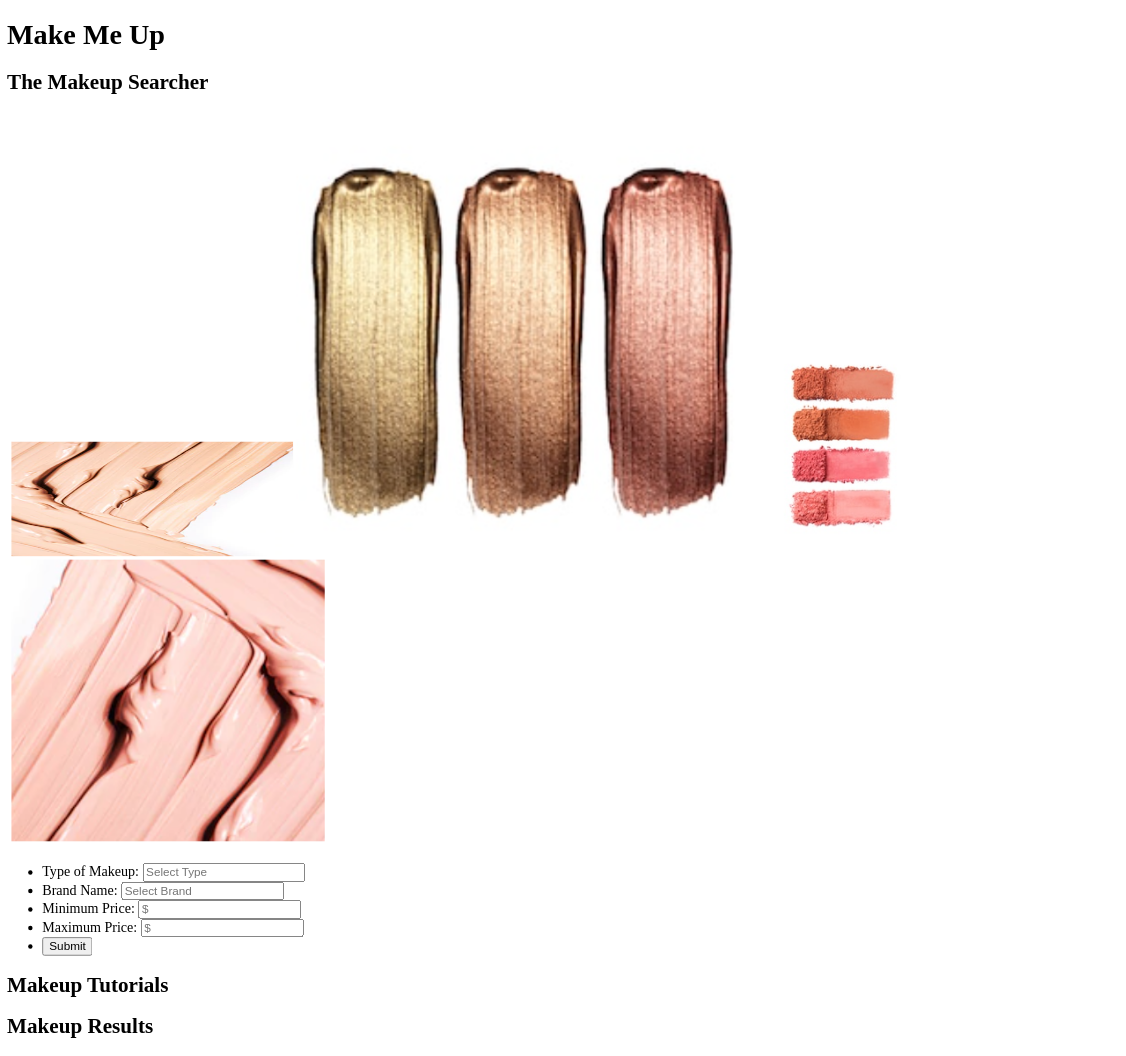
Repository: kaitlynMidori/MakeMeUp
Page: index.html
These files come from the project's save history. The page is drawn as it stood at one moment and after the next save; the edit follows.
The browser window is 1280 px wide. The pictures show the whole page, at 88% of full size.

Above is the page before, as saved 2020-12-14 12:01:04.

After the next save:
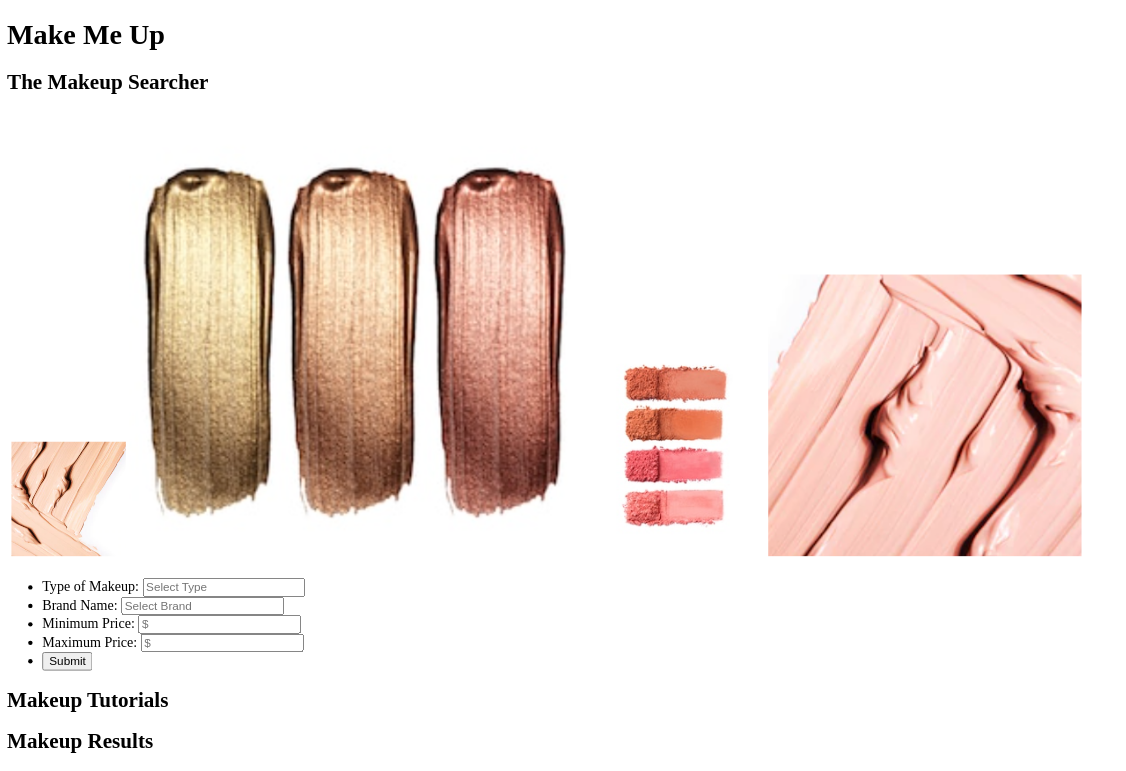
Saved 7 s later.
--- a/index.html
+++ b/index.html
@@ -18,7 +18,7 @@
     </header>
 
     <div id="img-container" class="img" style="padding: 5px;">
-        <img src="images/smear1.png" alt="eyeshadow smear" height="130px" width="320px" style="padding-top: 15px;">
+        <img src="images/smear1.png" alt="eyeshadow smear" height="130px" width="130px" style="padding-top: 15px;">
         <img src="images/smear2.png" alt="lipstick smear" >
         <img src="images/smear4.jpg" alt="concealer smear">
         <img src="images/smear3.png" alt="blush smear">
